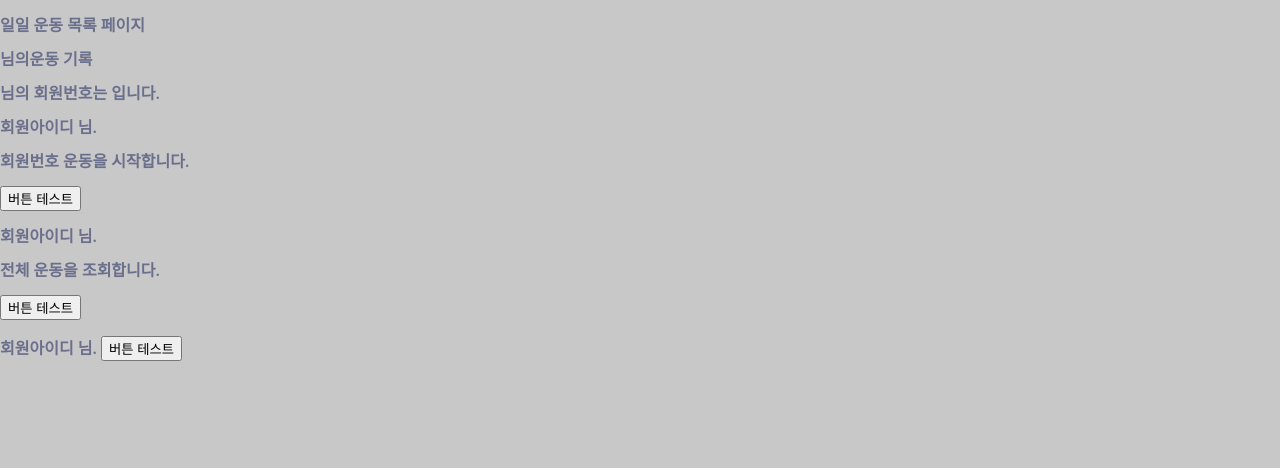
Repository: Up-Min/hrdkorea
Page: http://localhost/jsp_workout/main.jsp
These files come from the project's save history. The page is drawn as it stood at one moment and after the next save; the edit follows.
The browser window is 1280 px wide. The pictures show the whole page.
The page is served by Tomcat 9. The template is opened directly, without the code that normally fills it, so the values that code supplies are empty.

Above is the page before, as saved 2022-12-29 05:38:23.

After the next save:
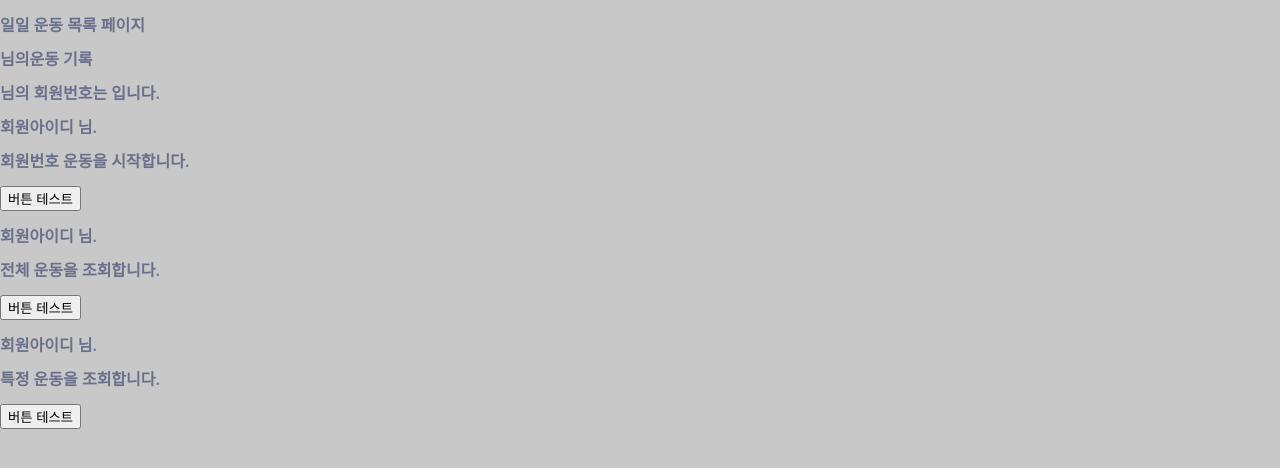
Saved 8 s later.
--- a/jsp_workout/src/main/webapp/main.jsp
+++ b/jsp_workout/src/main/webapp/main.jsp
@@ -35,7 +35,7 @@
 		<input type="hidden" name="id" value="${id}"> <input
 			type="hidden" name="num" value="${num}">
 		<p>회원아이디 ${id} 님.
-		<p</p>
+		<p> 특정 운동을 조회합니다. </p>
 		<button onclick="chk_form(); return false;">버튼 테스트</button>
 	</form>
 
